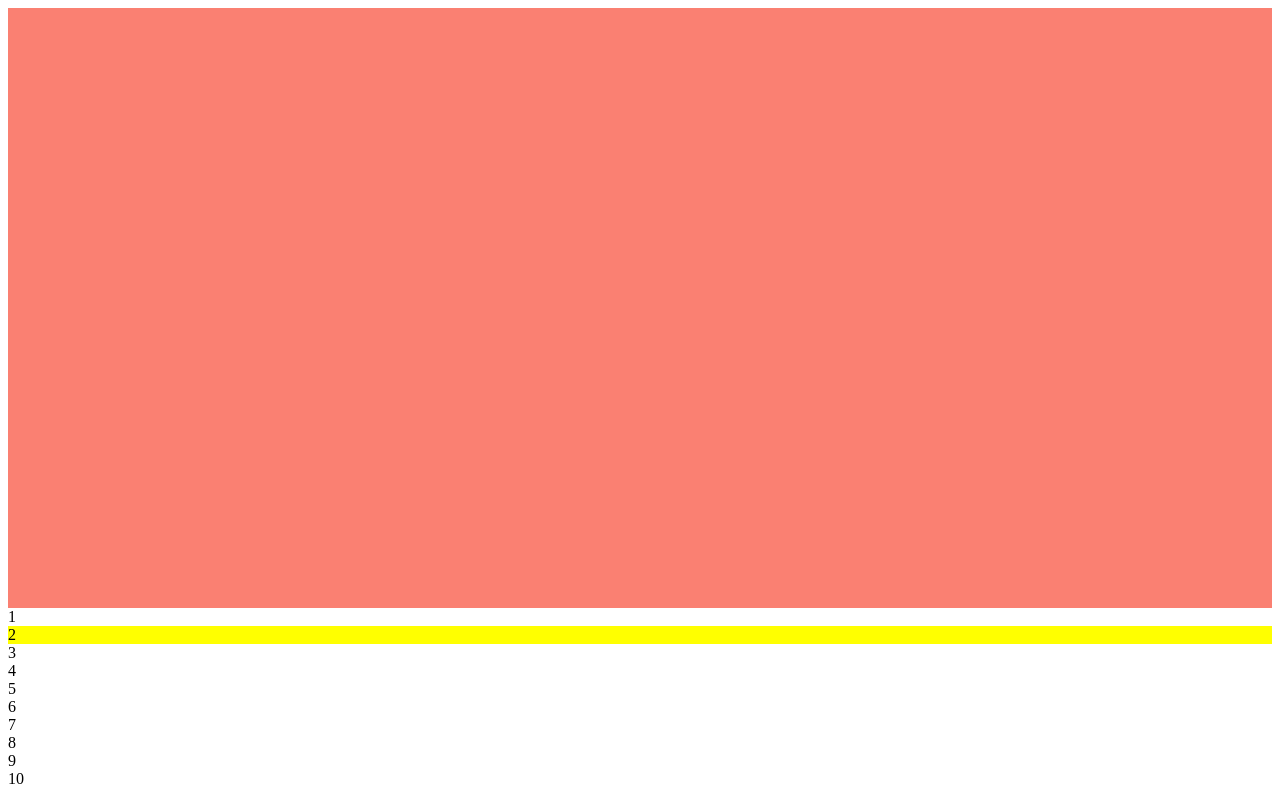
Repository: DinkarRavi/Dinkar_Coding
Page: 22aug24/grid.html
An editor plug-in stored every save of this project. The page is shown before and after the next save, followed by the edit.
The browser window is 1280 px wide. The pictures show the whole page.

Above is the page before, as saved 2024-08-22 14:54:53.

### 22aug24/grid.html
<!DOCTYPE html>
<html lang="en">
<head>
    <meta charset="UTF-8">
    <meta name="viewport" content="width=device-width, initial-scale=1.0">
    <title>Document</title>
    <link rel="stylesheet" href="grid.css">
</head>
<body>
    <div>
        <div id="parent"></div>
        <div>1</div>
        <div>2</div>
        <div>3</div>
        <div>4</div>
        <div>5</div>
        <div>6</div>
        <div>7</div>
        <div>8</div>
        <div>9</div>
        <div>10</div>

    </div>
</body>
</html>

### 22aug24/grid.css


#parent{
border: 2px;
background-color: salmon;
height: 600px;
}
div{
div:nth-child(1) {
  background: red;
}


li:nth-child(2) {
  background: blue;
}


:nth-child(3) {
  background: yellow;
}
}

After the next save:
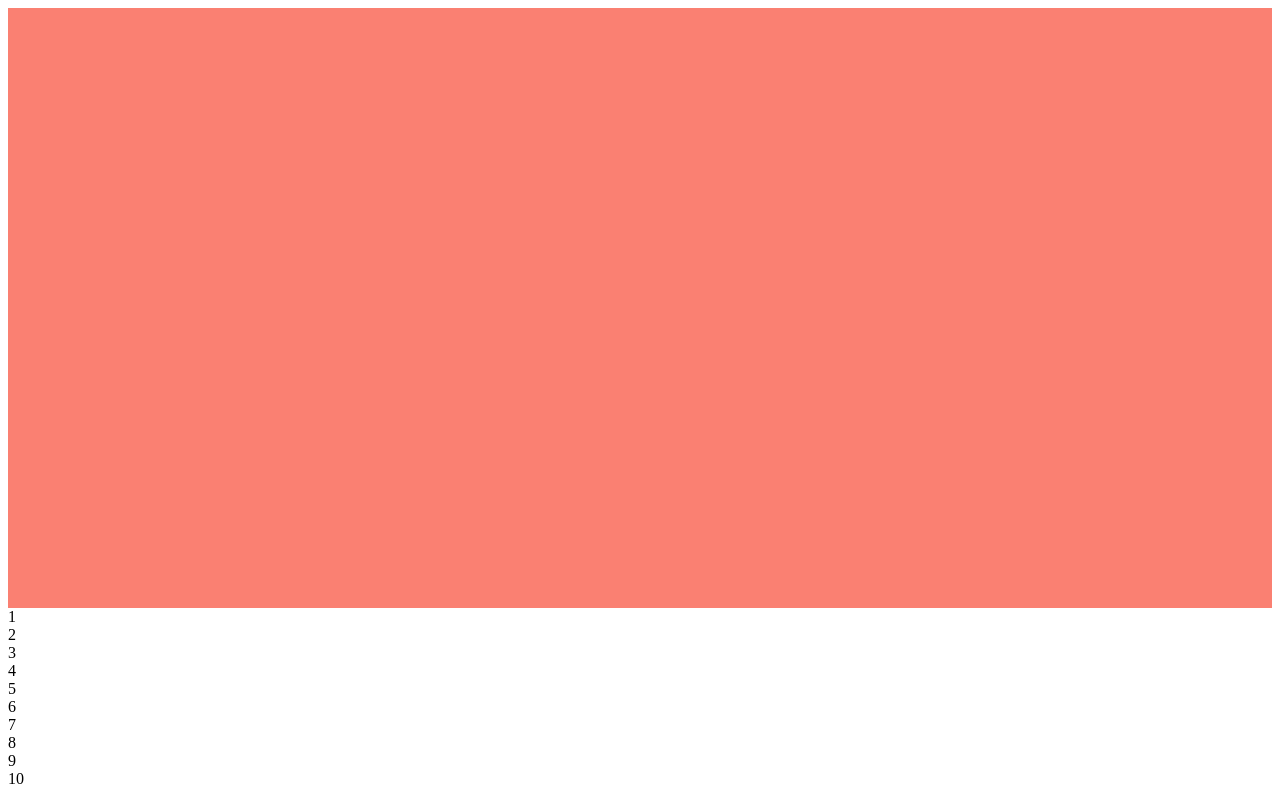
Saved 41 s later.
--- a/22aug24/grid.css
+++ b/22aug24/grid.css
@@ -11,12 +11,5 @@
 }
 
 
-li:nth-child(2) {
-  background: blue;
+
 }
-
-
-:nth-child(3) {
-  background: yellow;
-}
-}
